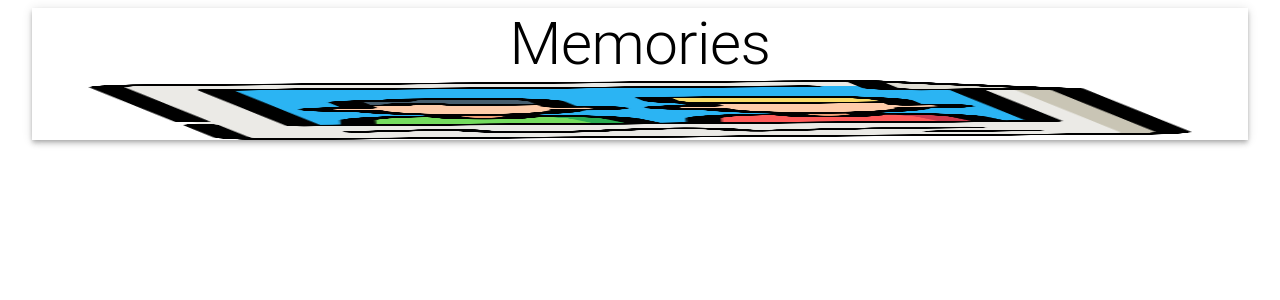
Repository: baodien1405/memories-project
Page: / (app in client/)
The author's editor kept a copy of each file at every save. The page is drawn from the files as they stood at one save, then again after the next save.
The browser window is 1280 px wide. The pictures show the whole page.
The project was rebuilt for these pictures with package versions that can differ from the ones it lists, and the page was loaded fresh each time.

Above is the page before, as saved 2021-08-11 17:47:13.

### client/src/App.js
import React from "react";
import { Container, AppBar, Typography, Grow, Grid } from "@material-ui/core";
import momories from "./assets/images/memories.png";

const App = (props) => {
  return (
    <Container maxWidth="lg">
      <AppBar position="static" color="inherit">
        <Typography variant="h2" align="center">
          Memories
        </Typography>
        <img src={momories} alt="momories" height="60" />
      </AppBar>
      <Grow in>
        <Container>
          <Grid
            container
            justifyContent="space-between"
            alignItems="stretch"
            spacing={3}
          >
            <Grid item xs={12} sm={7}></Grid>
            <Grid item xs={12} sm={4}></Grid>
          </Grid>
        </Container>
      </Grow>
    </Container>
  );
};

export default App;

### client/src/components/Posts/Posts.jsx
import React from "react";
import Post from "./Post/Post";

const Posts = (props) => {
  return (
    <>
      <h1>POSTS</h1>
      <Post />
    </>
  );
};

export default Posts;

### client/src/components/Form/Form.jsx
import React from "react";

const Form = (props) => {
  return <h1>Form</h1>;
};

export default Form;

### client/src/components/Posts/Post/Post.jsx
import React from "react";

const Post = (props) => {
  return <h1>POST</h1>;
};

export default Post;

Loaded but not shown: client/public/index.html (common file); client/src/index.js (common file)

After the next save:
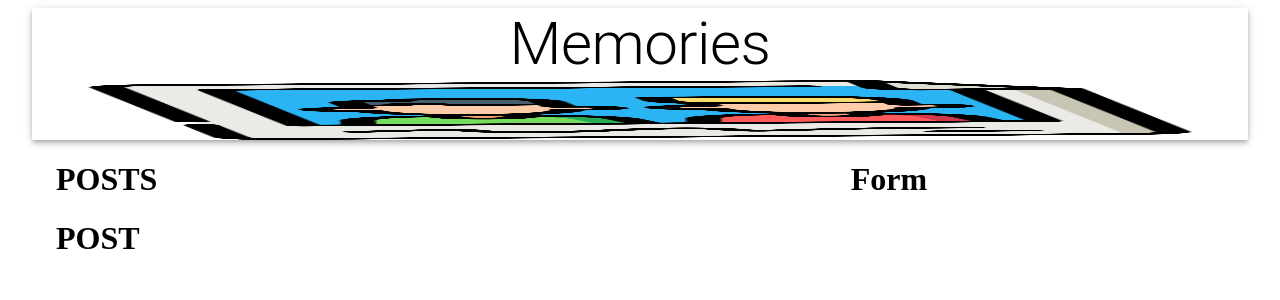
Saved 45 s later.
--- a/client/src/App.js
+++ b/client/src/App.js
@@ -1,6 +1,8 @@
 import React from "react";
 import { Container, AppBar, Typography, Grow, Grid } from "@material-ui/core";
 import momories from "./assets/images/memories.png";
+import Posts from "./components/Posts/Posts";
+import Form from "./components/Form/Form";
 
 const App = (props) => {
   return (
@@ -19,8 +21,12 @@ const App = (props) => {
             alignItems="stretch"
             spacing={3}
           >
-            <Grid item xs={12} sm={7}></Grid>
-            <Grid item xs={12} sm={4}></Grid>
+            <Grid item xs={12} sm={7}>
+              <Posts />
+            </Grid>
+            <Grid item xs={12} sm={4}>
+              <Form />
+            </Grid>
           </Grid>
         </Container>
       </Grow>
